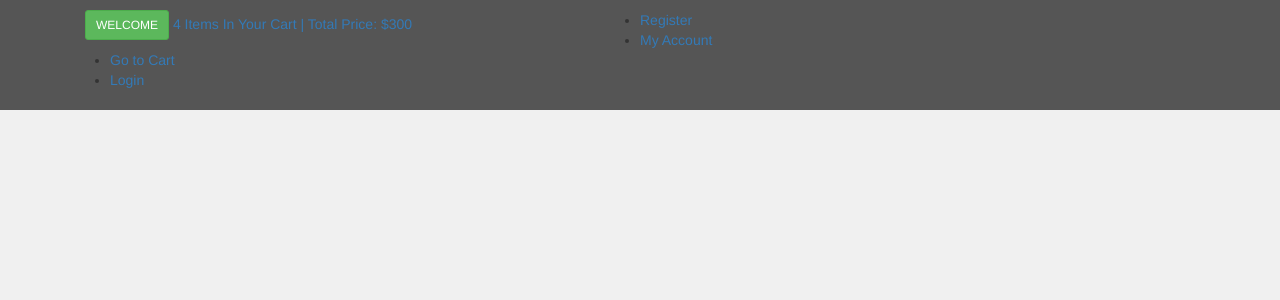
Repository: truonghuynhquy/M_Dev_Store
Page: http://localhost/
The author's editor kept a copy of each file at every save. The page is drawn from the files as they stood at one save, then again after the next save.
The browser window is 1280 px wide. The pictures show the whole page.
The page is run by PHP 8.4 with error messages shown; the project is at /var/www/html/.

Above is the page before, as saved 2022-09-18 20:20:33.

### index.php
<!DOCTYPE html>
<html lang="en">

<head>
    <meta charset="UTF-8">
    <meta http-equiv="X-UA-Compatible" content="IE=edge">
    <meta name="viewport" content="width=device-width, initial-scale=1.0">
    <title>M-Dev Shop</title>
    <link rel="stylesheet" href="styles/bootstrap-337.min.css">
    <link rel="stylesheet" href="styles/style.css">
    <link rel="stylesheet" href="font-awsome/css/font-awesome.min.css">
</head>

<body>
    <div id="top">
        <!--  Top:     Begin  -->

        <div class="container">
            <!--  Container:     Begin  -->
            <div class="col-md-6 offer">
                <!--  col-md-6 offer:     Begin  -->
                <a href="#" class="btn btn-success btn-sm">Welcome</a>
                <a href="checkout.php">4 Items In Your Cart | Total Price: $300</a>
            </div><!--  col-md-6:     Finish  -->

            <div class="col md-6">
                <!--  col-md-6:     Begin  -->

                <ul class="menu">
                    <!--  menu:     Begin  -->
                    <li>
                        <a href="customer_register.php">Register</a>
                    </li>
                    <li>
                        <a href="checkout.php">My Account</a>
                    </li>
                    <li>
                        <a href="cart.php">Go to Cart</a>
                    </li>
                    <li>
                        <a href="checkout.php">Login</a>
                    </li>

                </ul><!--  menu:     Finish  -->

            </div><!--  col-md-6:     Finish  -->

        </div><!--  Container:     Finish  -->

    </div><!--  Top:    Finish  -->



    <script src="js/jquery-331.min.js"></script>
    <script src="js/bootstrap-337.min.js"></script>


</body>

</html>

### styles/style.css
/* Generated Styles */

body {
    font-size: 14px;
    line-height: 1.428571429;
    color: #333333;
    background-color: #f0f0f0;
    overflow: hidden;
}

/* Top Styles */

#top {
    background-color: #555555;
    padding: 10px 0;
}
#top .offer {
    color: #ffffff;
}
#top .offer .btn {
    text-transform: uppercase;
}
@media(max-width:991px) {
    #top .offer {
        padding: 10px;
    }
}
@media(max-width:991px) {
    #top {
        font-size: 12px;
        text-align: center;
    }
}

Loaded but not shown: styles/bootstrap-337.min.css (library); font-awsome/css/font-awesome.min.css (library); js/jquery-331.min.js (library); js/bootstrap-337.min.js (library)

After the next save:
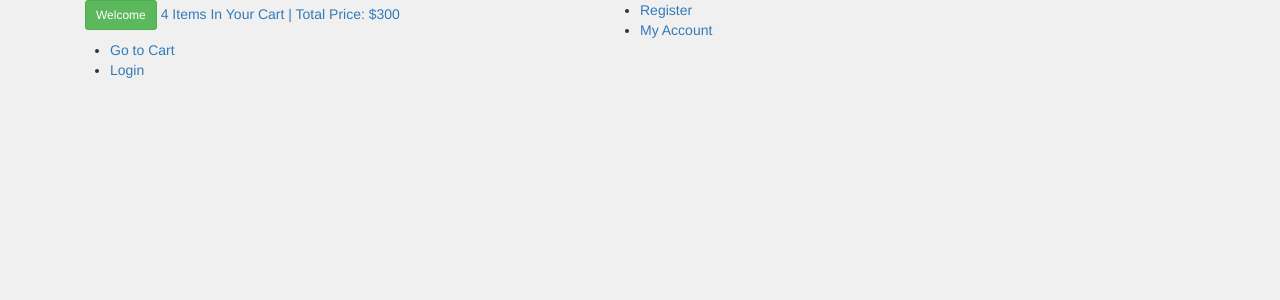
Saved 2 min 38 s later.
--- a/styles/style.css
+++ b/styles/style.css
@@ -10,7 +10,7 @@
 
 /* Top Styles */
 
-#top {
+/* #top {
     background-color: #555555;
     padding: 10px 0;
 }
@@ -31,3 +31,4 @@
         text-align: center;
     }
 }
+ */

After the save that followed:
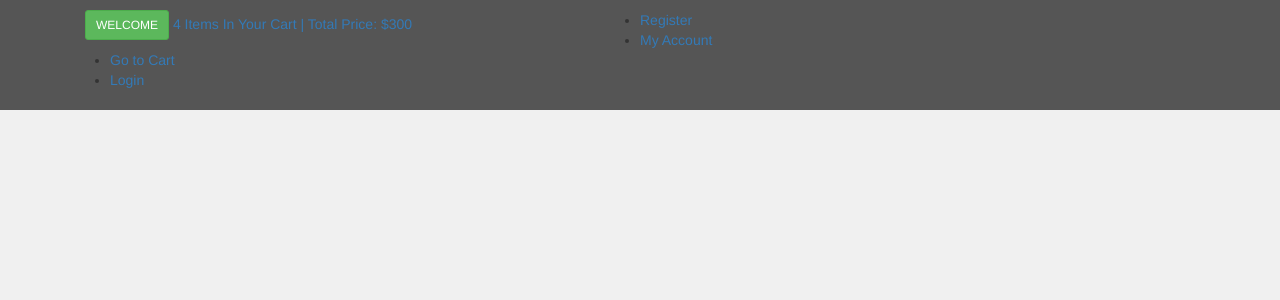
Saved 12 s later.
--- a/styles/style.css
+++ b/styles/style.css
@@ -10,7 +10,7 @@
 
 /* Top Styles */
 
-/* #top {
+#top {
     background-color: #555555;
     padding: 10px 0;
 }
@@ -31,4 +31,3 @@
         text-align: center;
     }
 }
- */
